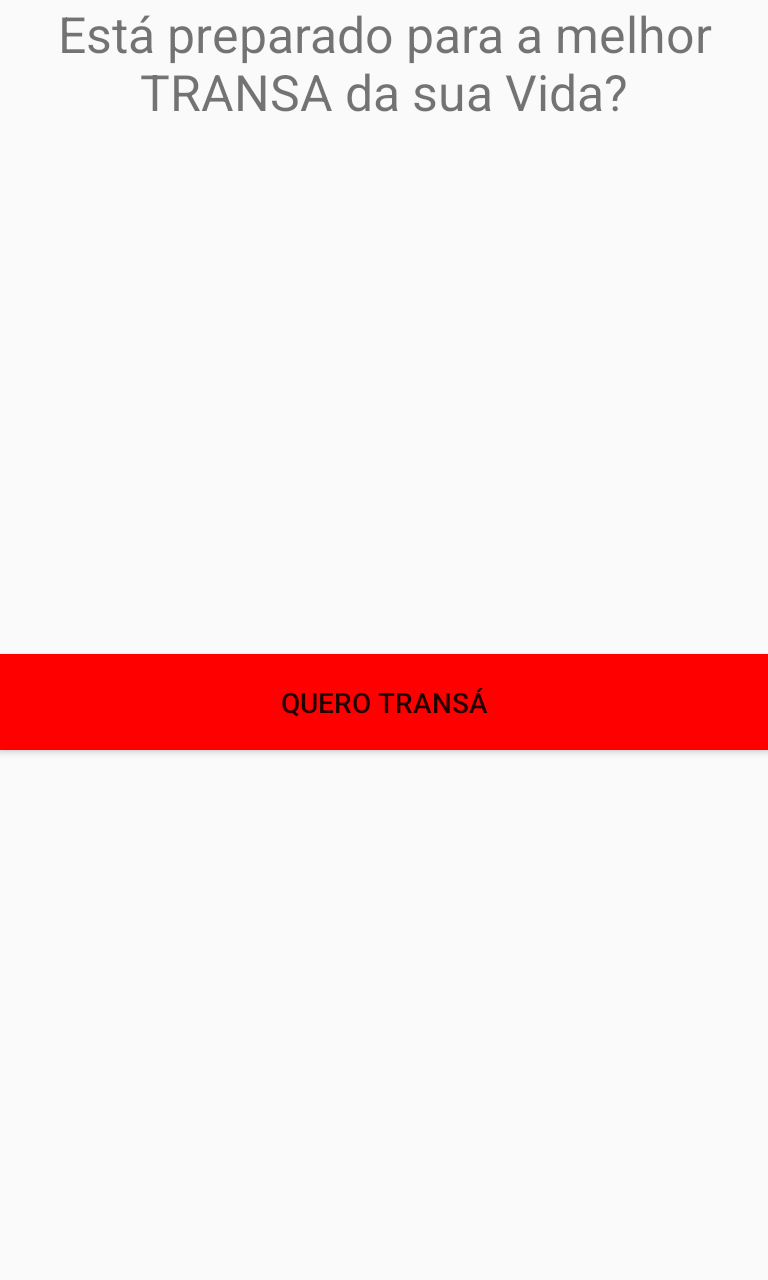
Repository: Cookahn/bioca_sounds
Layout: ChicoBiocaApp/res/layout/fragment_main.xml
An editor plug-in stored every save of this project. The layout is shown before and after the next save, followed by the edit.
It is drawn on a 768 x 1280 px phone screen (xhdpi) without system bars, with theme AppTheme; the app's code is not run.

Above is the layout before, as saved 2014-08-11 19:39:54.

After the next save:
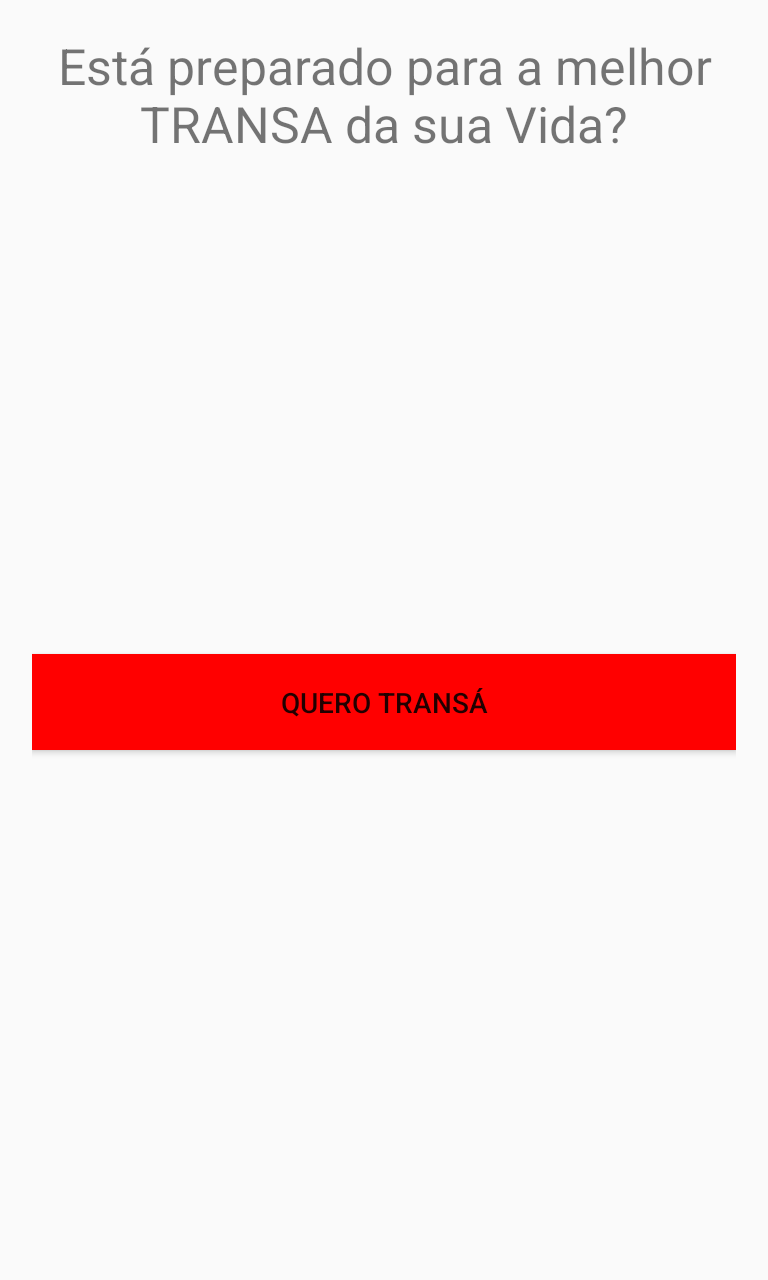
Saved 55 s later.
--- a/ChicoBiocaApp/res/layout/fragment_main.xml
+++ b/ChicoBiocaApp/res/layout/fragment_main.xml
@@ -3,6 +3,10 @@
     android:layout_width="match_parent"
     android:layout_height="match_parent"
     android:orientation="vertical"
+        android:paddingBottom="@dimen/activity_vertical_margin"
+    android:paddingLeft="@dimen/activity_horizontal_margin"
+    android:paddingRight="@dimen/activity_horizontal_margin"
+    android:paddingTop="@dimen/activity_vertical_margin"
     tools:context="com.example.chicobiocaapp.MainActivity$PlaceholderFragment" >
 
     <TextView
@@ -15,7 +19,7 @@
     <LinearLayout
         android:layout_width="match_parent"
         android:layout_height="match_parent"
-        android:gravity="center_vertical" >
+        android:gravity="cez" >
 
         <Button
             android:layout_width="match_parent"
